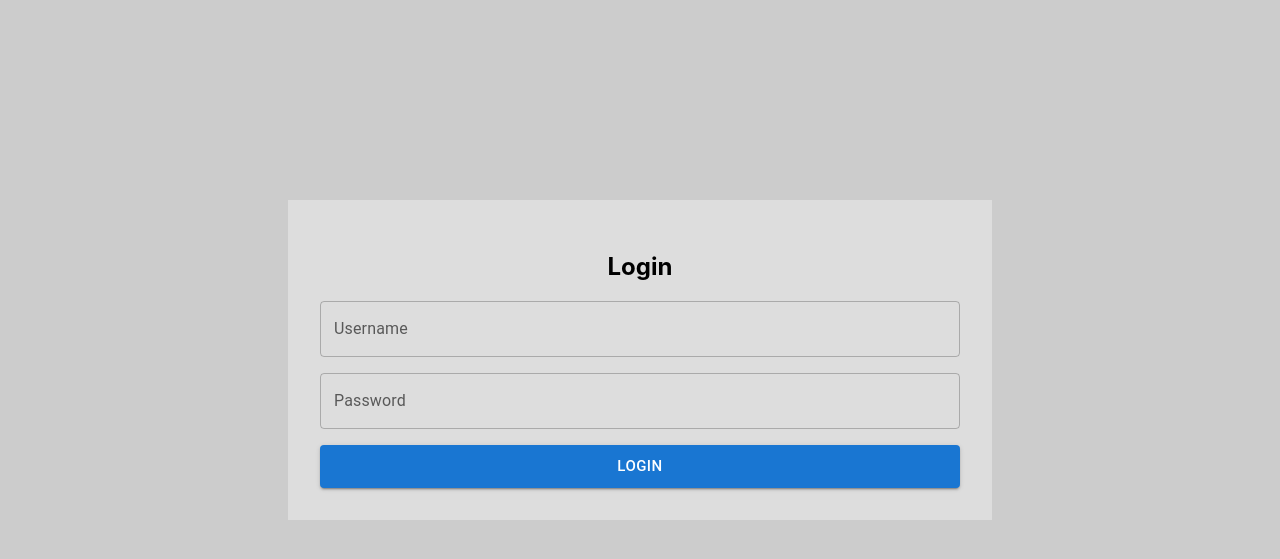
Repository: devhalo21028/learn-react
Page: /login (app in end-to-end-test/my-app/)
An editor plug-in stored every save of this project. The page is shown before and after a run of saves, followed by the edit.
The browser window is 1280 px wide. The pictures show the whole page.
The project was rebuilt for these pictures with package versions that can differ from the ones it lists, and the page was loaded fresh each time. Also part of the build but not shown: end-to-end-test/my-app/src/general/components/Welcome/Welcome.tsx, end-to-end-test/my-app/src/auth/hooks/useAuth.ts, end-to-end-test/my-app/src/auth/components/RequireAuth/RequireAuth.tsx.

Above is the page before, as saved 2022-01-17 15:26:14.

After the next 2 saves:
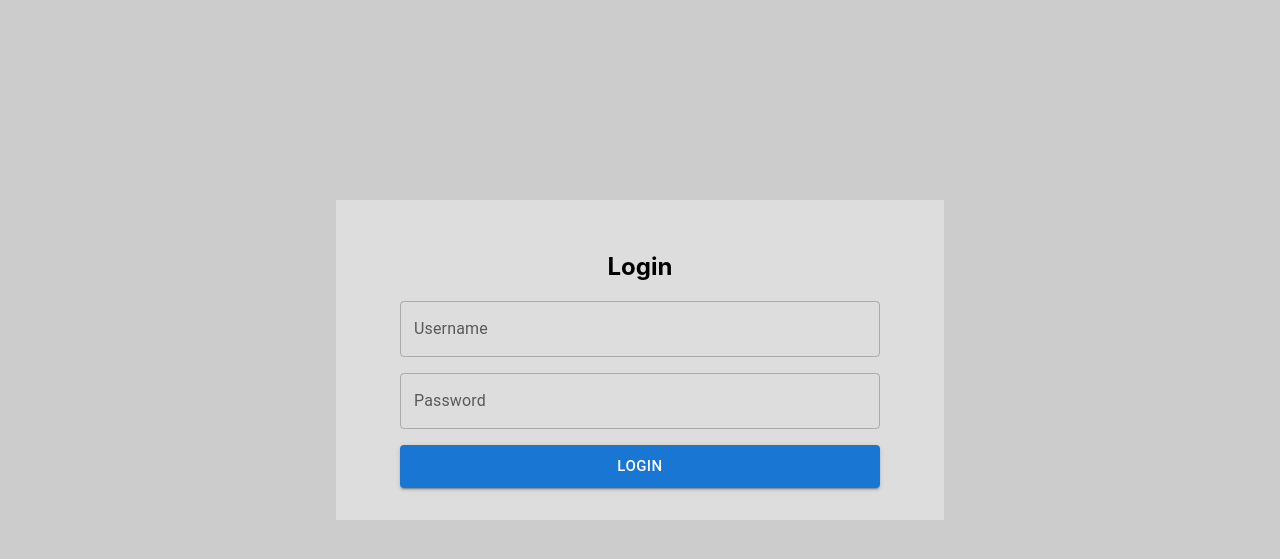
The 2 saves are shown as one change because they came seconds apart.
The last was saved 40 s later.
--- a/end-to-end-test/my-app/src/auth/components/Login/Login.tsx
+++ b/end-to-end-test/my-app/src/auth/components/Login/Login.tsx
@@ -17,8 +17,8 @@ function Login() {
       <div
         css={css`
           background: #ddd;
-          padding: 2rem;
-          min-width: 40rem;
+          padding: 2rem 4rem;
+          min-width: 30rem;
         `}
       >
         <h1
